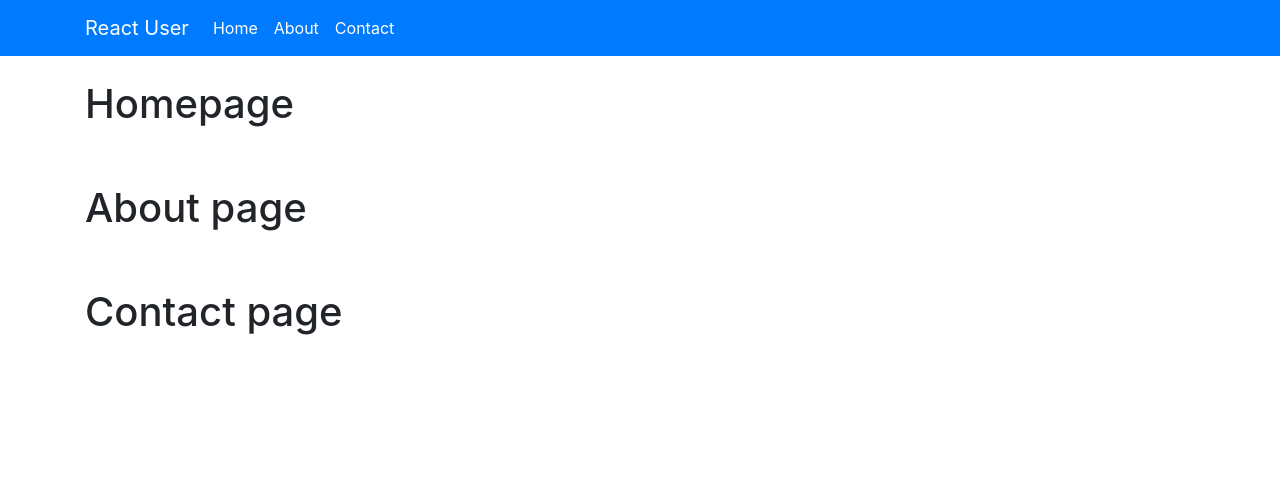
Repository: hardik2626/reactcrud2020
Page: /
These files come from the project's save history. The page is drawn as it stood at one moment and after the next save; the edit follows.
The browser window is 1280 px wide. The pictures show the whole page.
The project was rebuilt for these pictures with package versions that can differ from the ones it lists, and the page was loaded fresh each time. Also part of the build but not shown: src/index.css, src/App.css.

Above is the page before, as saved 2020-10-28 17:52:18.

### src/App.js

import './App.css';
import '../node_modules/bootstrap/dist/css/bootstrap.css'
import Home from './component/pages/Home';
import About from './component/pages/About';
import Contact from './component/pages/Contact';
import Navbar from './component/layout/Navbar';
import {BrowserRouter as Router, Route, Switch} from 'react-router-dom'

function App() {
  return (
    <Router>
      <div className="App">
        <Navbar />
        <Home />
        <About />
        <Contact />
    </div>
    </Router>
  );
}

export default App;

### src/component/pages/Home.js
import React from 'react'

const Home = () => {
    return (
        <>
            <div className="container">
                <div className="py-4">
                    <h1>Homepage</h1>
                </div>
            </div>
        </>
    )
}

export default Home

### src/component/pages/About.js
import React from 'react'

const About = () => {
    return (
        <>
            <div className="container">
                <div className="py-4">
                    <h1>About page</h1>
                </div>
            </div>
        </>
    )
}

export default About

### src/component/pages/Contact.js
import React from 'react'

const Contact = () => {
    return (
        <>
            <div className="container">
                <div className="py-4">
                    <h1>Contact page</h1>
                </div>
            </div>
        </>
    )
}

export default Contact

### src/component/layout/Navbar.js
import React from 'react'
import { NavLink } from 'react-router-dom'

const Navbar = () => {
    return (
        <>
            <nav className="navbar navbar-expand-lg navbar-dark  bg-primary">
                <div className="container">
                <NavLink className="navbar-brand" to="/">React User</NavLink>
                    <button className="navbar-toggler" type="button" data-toggle="collapse" data-target="#navbarSupportedContent" aria-controls="navbarSupportedContent" aria-expanded="false" aria-label="Toggle navigation">
                        <span className="navbar-toggler-icon"></span>
                    </button>

                    <div className="collapse navbar-collapse">
                        <ul className="navbar-nav mr-auto">
                        <li className="nav-item active">
                            <NavLink className="nav-link" to="/">Home</NavLink>
                        </li>
                        <li className="nav-item">
                            <NavLink className="nav-link" to="#">About</NavLink>
                        </li>
                        <li className="nav-item">
                            <NavLink className="nav-link" to="#">Contact</NavLink>
                        </li>



                        </ul>
                    </div>
                </div>
            </nav>
        </>
    )
}

export default Navbar

Loaded but not shown: public/index.html (common file); src/index.js (common file)

After the next save:
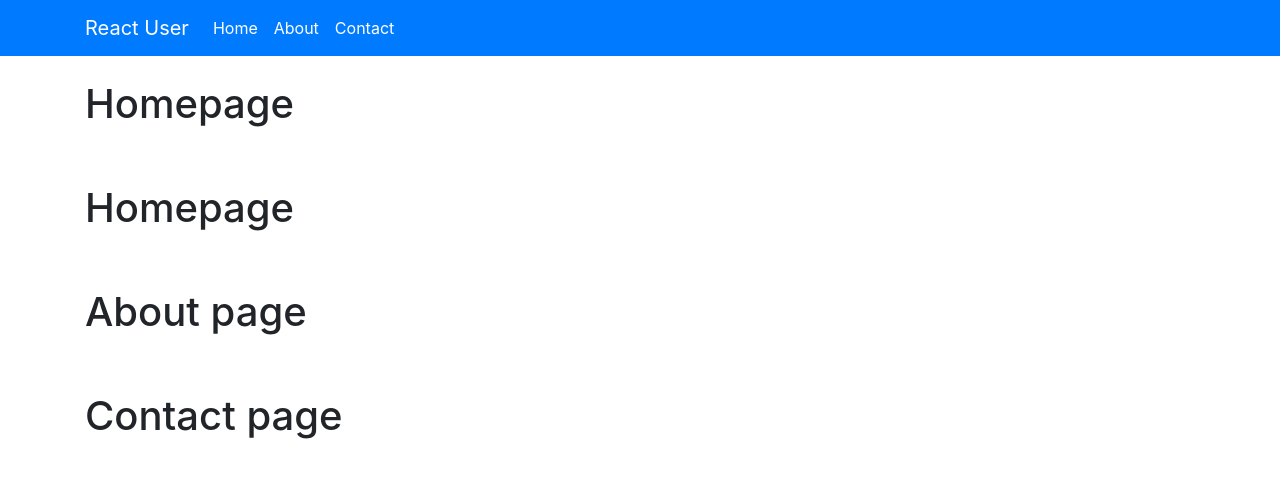
Saved 2 min 19 s later.
--- a/src/App.js
+++ b/src/App.js
@@ -12,7 +12,12 @@ function App() {
     <Router>
       <div className="App">
         <Navbar />
-        <Home />
+        <Switch>
+          <Route exact path="/" component={Home} />
+          <Route exact path="/about" component={About} />
+          <Route exact path="/contact" component={Contact} />
+        </Switch>
+        <Home  />
         <About />
         <Contact />
     </div>
